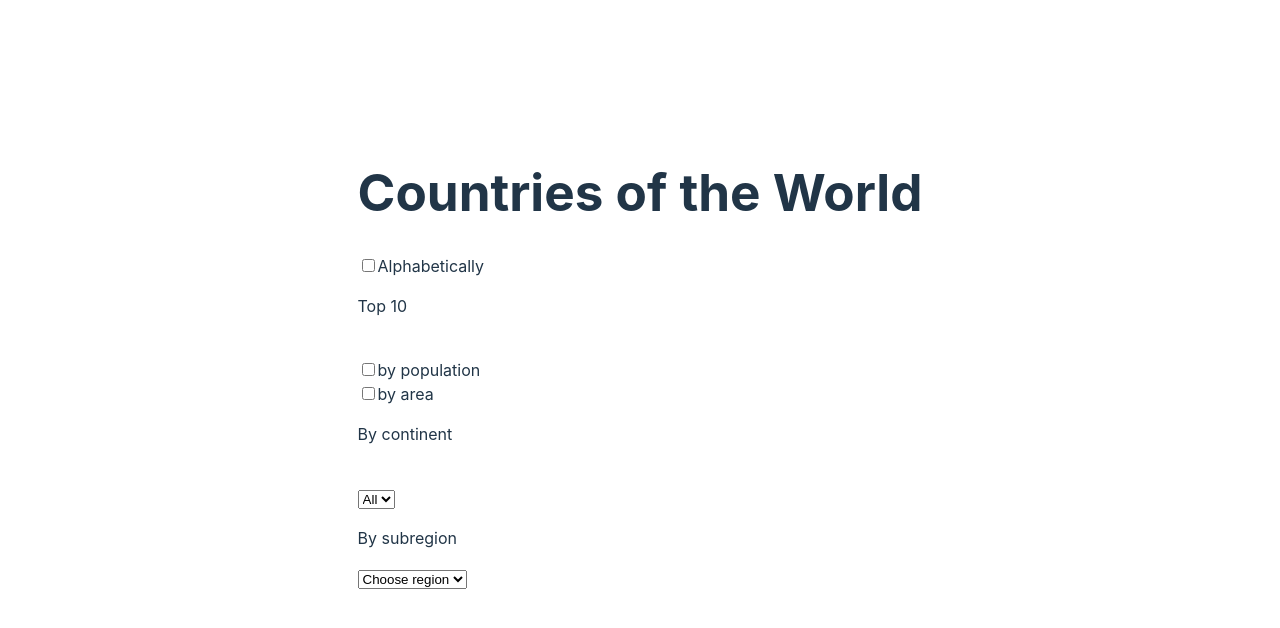
Repository: Vanessahyc/COMP3170_Lab06
Page: /
These files come from the project's save history. The page is drawn as it stood at one moment and after the next save; the edit follows.
The browser window is 1280 px wide. The pictures show the whole page.
The page's requests for data from a server got no answer. The project was rebuilt for these pictures with package versions that can differ from the ones it lists, and the page was loaded fresh each time. No one was signed in, and anything a server would have sent is missing. Also part of the build but not shown: vite.config.js, src/components/Country.jsx.

Above is the page before, as saved 2024-11-14 16:31:56.

### src/App.jsx
import { useEffect, useState } from 'react'
import './App.css'
import Countries from './components/Countries';

function App() {

  const [countries, setCountries] = useState([]);
  const url = "https://restcountries.com/v3.1/all";

  async function fetchData() {
    const response = await fetch('https://restcountries.com/v3.1/all');
    const data = await response.json();

    setCountries(data);
  }

  useEffect(() => {
    fetchData();
  }, []);

  return (
    <div>
      <h1>Countries of the World</h1>
      <div className='filter_container'>
        <div>
          <input type='checkbox'/>
          <label>Alphabetically</label>
        </div>
        <div>
          <p>Top 10</p>
          <br/>
          <input type='checkbox'/>
          <label>by population</label>
          <br/>
          <input type='checkbox'/>
          <label>by area</label>
        </div>
        <div>
          <p>By continent</p>
          <br/>
          <select>
            <option>All</option>
          </select>
        </div>
        <div>
          <p>By subregion</p>
          <select>
            <option>Choose region</option>
          </select>
        </div>
      </div>
      <Countries countries={countries}/>
    </div>
  );
}

export default App

### src/App.css
#root {
  max-width: 1280px;
  margin: 0 auto;
  padding: 2rem;
}

/* .logo {
  height: 6em;
  padding: 1.5em;
  will-change: filter;
  transition: filter 300ms;
}
.logo:hover {
  filter: drop-shadow(0 0 2em #646cffaa);
}
.logo.react:hover {
  filter: drop-shadow(0 0 2em #61dafbaa);
}

@keyframes logo-spin {
  from {
    transform: rotate(0deg);
  }
  to {
    transform: rotate(360deg);
  }
}

@media (prefers-reduced-motion: no-preference) {
  a:nth-of-type(2) .logo {
    animation: logo-spin infinite 20s linear;
  }
}

.card {
  padding: 2em;
}

.read-the-docs {
  color: #888;
} */

.main_container {
  width: 400px;
}

.country_header {
  display: flex;
  max-height: 50px;
  background-color: white;

}

.country_header p {
  color: black;
  font-weight: bold;
}

.flag_container {
  flex-basis: 30%;
}

.flag_container img {
  height: 50px;
}

.country_info {
  padding: 1em;
}

.country_info p {
  display: flex;
}

.country_info p span {
  flex-basis: 50%;
  text-align: left;
}

.country_info p span:first-child {
  font-weight: bold;
}

### src/components/Countries.jsx
import Country from "./Country";

export default function Countries({countries}) {
    return(
        <div>
            {
                countries.map(country => (
                    <Country
                        key={country.cca3}
                        url={country.flags.svg}
                        countryName={country.name.common}
                        officialName={country.name.official}
                        capital={country.capital}
                        population={country.population}
                        languages={country.languages}
                        currencies={country.currencies}
                        area={country.area}
                        subregion={country.subregion}
                        continents={country.continents}
                        borders={country.borders}
                        maps={country.maps.googleMaps}
                    />
                ))
            }
        </div>
    );
}

Loaded but not shown: index.html (common file); src/main.jsx (common file); src/index.css (common file)

After the next save:
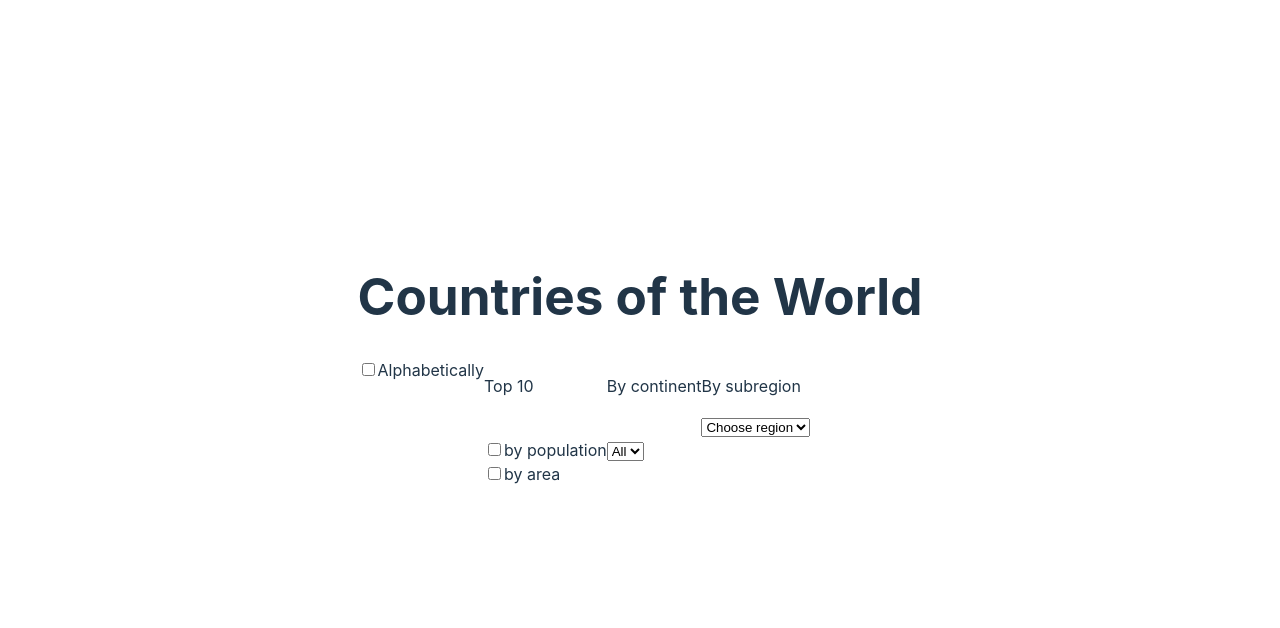
Saved 26 s later.
--- a/src/App.css
+++ b/src/App.css
@@ -80,3 +80,7 @@
 .country_info p span:first-child {
   font-weight: bold;
 }
+
+.filter_container {
+  display: flex;
+}
